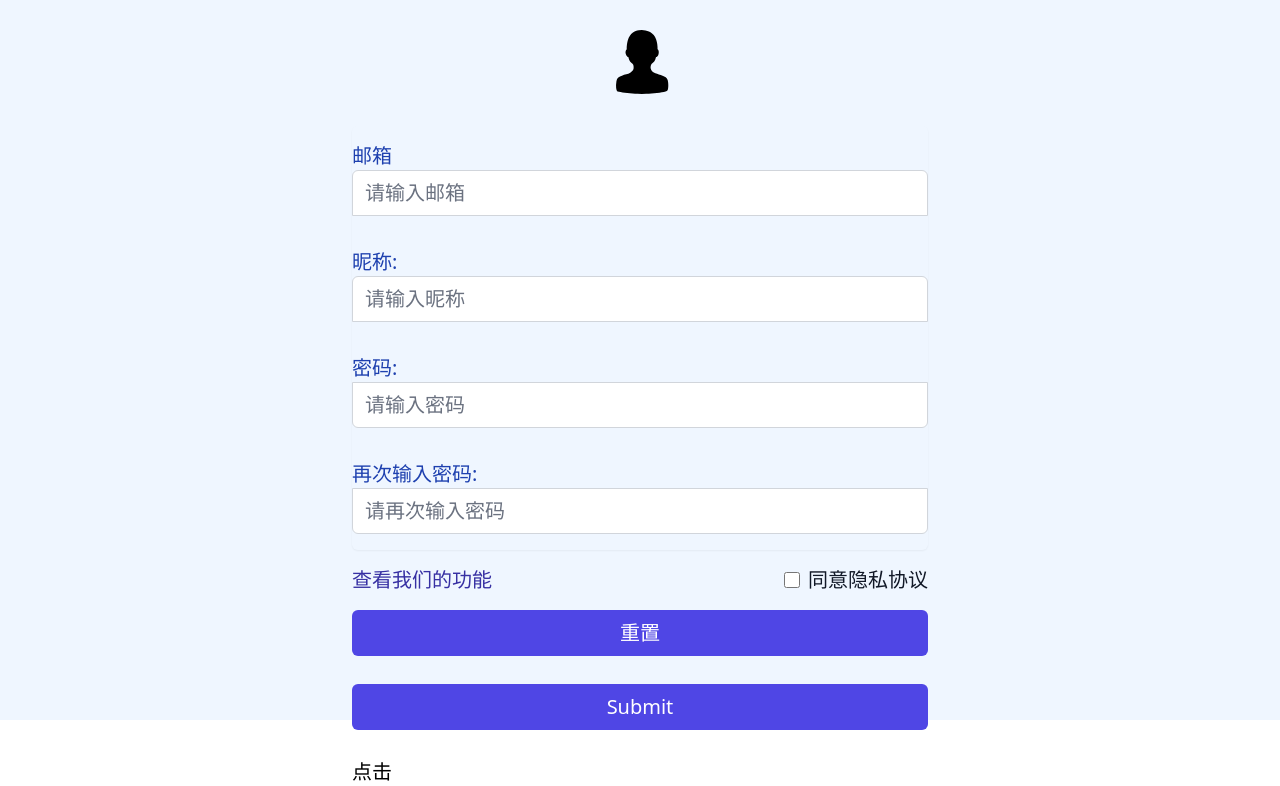
Repository: LiuRuohui/test_the_tailwindcss
Page: /
These files come from the project's save history. The page is drawn as it stood at one moment and after the next save; the edit follows.
The browser window is 1280 px wide. The pictures show the whole page.
The project was rebuilt for these pictures with package versions that can differ from the ones it lists, and the page was loaded fresh each time. Also part of the build but not shown: vite.config.js, src/components/WelcomingPage.vue, src/components/LoginPage.vue, src/components/MainPage.vue, src/components/ForgetPasswd.vue, src/components/HelloWorld.vue.

Above is the page before, as saved 2022-03-04 21:42:04.

After the next save:
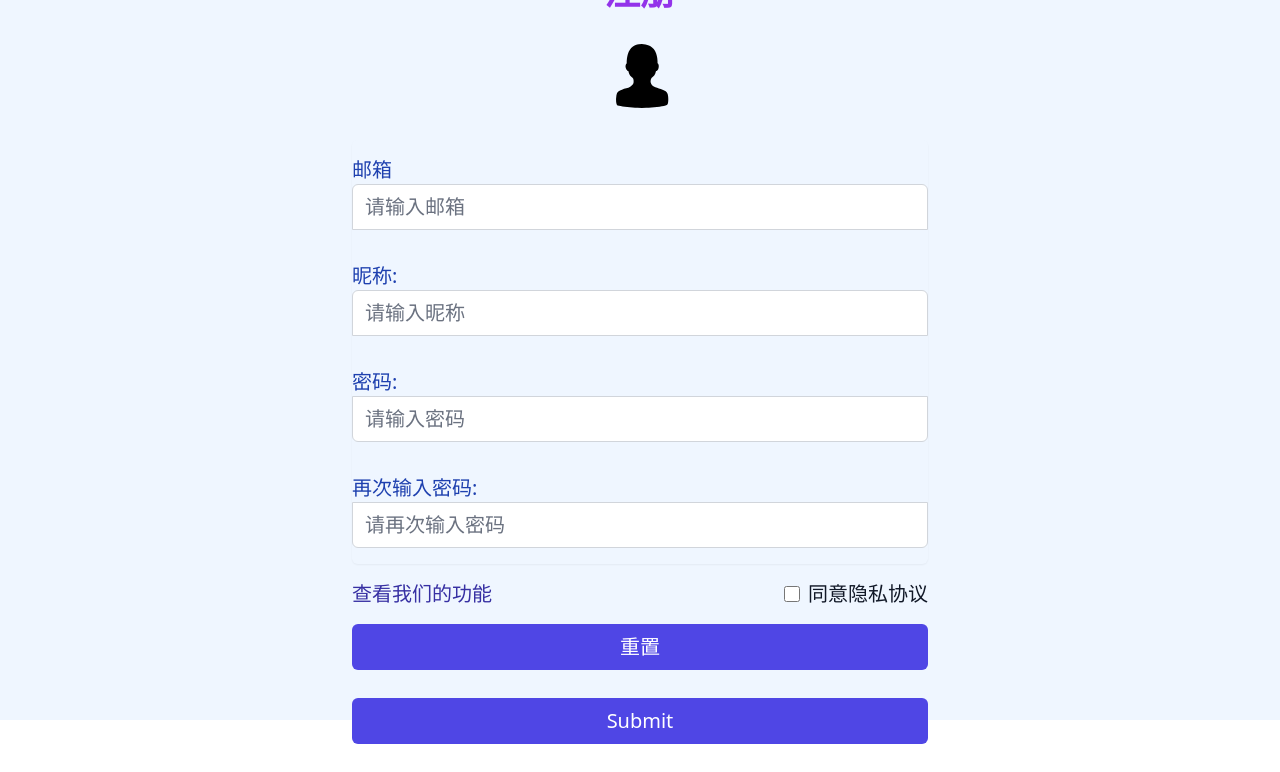
Saved 58 s later.
--- a/src/components/RegisterPage.vue
+++ b/src/components/RegisterPage.vue
@@ -39,8 +39,7 @@
       <div class="sm:text-xl sm:mt-8">
         <input value="重置" type="reset" @click="reset" class="btn group sm:text-xl text-center">
         <br>
-        <input @click="submit" type="submit" class="btn group sm:text-xl"><br>
-        <button @click="fantastic">点击</button>
+        <input @click="submit,checkPasswd" type="submit" class="btn group sm:text-xl"><br>
       </div>
     </form>
     </div>
@@ -48,7 +47,7 @@
 </template>
 
 <script setup>
-function fantastic(){
+function checkPasswd(){
   let name = document.getElementById("passwd").value
   let repeated_name = document.getElementById("repeated-passwd").value
   if(name !== repeated_name){
